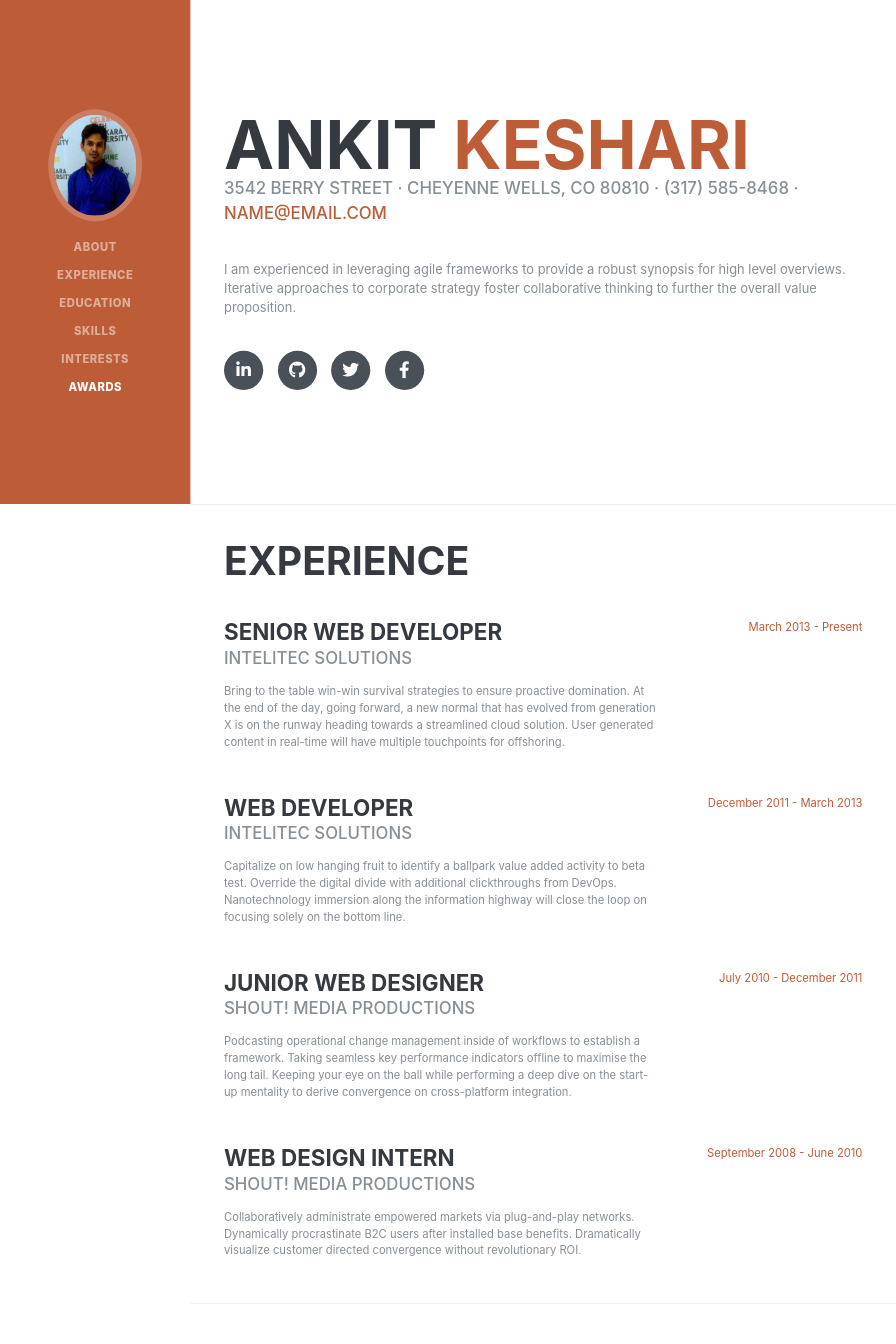
Repository: ankitkeshari719/ankitkeshari719.github.io
Page: index.html
The author's editor kept a copy of each file at every save. The page is drawn from the files as they stood at one save, then again after a run of saves.
The browser window is 1280 px wide. The pictures show the part of the page from y = 0 to 1920 px (the page is 4746 px tall), at 70% of full size.
Some web fonts or font styles are not loaded; a fallback is used.

Above is the page before, as saved 2020-03-13 15:51:23.

After the next 3 saves:
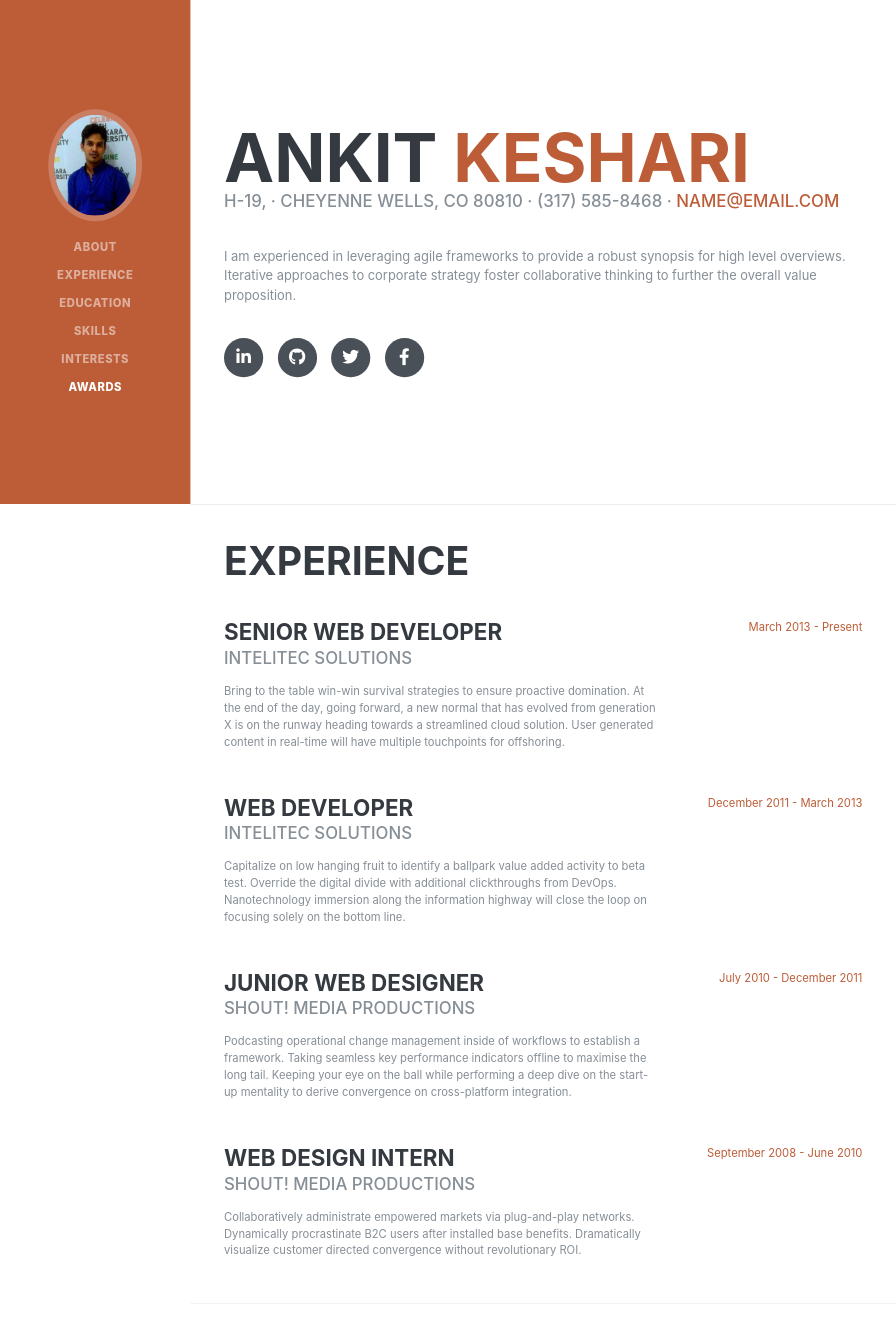
The 3 saves are shown as one change because they came seconds apart.
The last was saved 25 s later.
--- a/index.html
+++ b/index.html
@@ -65,7 +65,7 @@
         <h1 class="mb-0">Ankit
           <span class="text-primary">Keshari</span>
         </h1>
-        <div class="subheading mb-5">3542 Berry Street · Cheyenne Wells, CO 80810 · (317) 585-8468 ·
+        <div class="subheading mb-5">H-19,  · Cheyenne Wells, CO 80810 · (317) 585-8468 ·
           <a href="mailto:name@email.com">name@email.com</a>
         </div>
         <p class="lead mb-5">I am experienced in leveraging agile frameworks to provide a robust synopsis for high level overviews. Iterative approaches to corporate strategy foster collaborative thinking to further the overall value proposition.</p>
